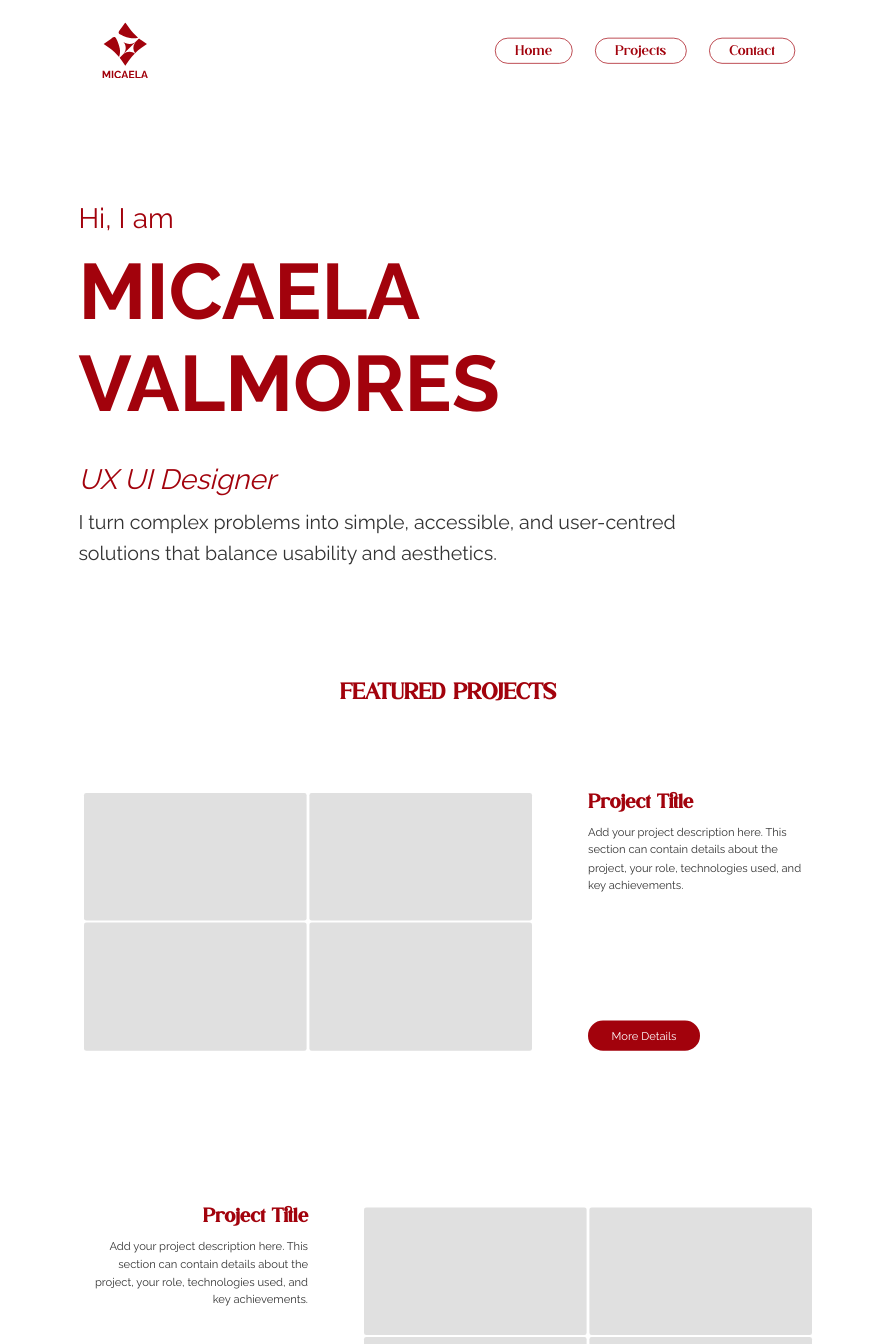
Repository: Micaelavalmores/Micaela-Portfolio
Page: /
The author's editor kept a copy of each file at every save. The page is drawn from the files as they stood at one save, then again after the next save.
The browser window is 1280 px wide. The pictures show the part of the page from y = 0 to 1920 px (the page is 2909 px tall before and 2863 px after), at 70% of full size.
The project was rebuilt for these pictures with package versions that can differ from the ones it lists, and the page was loaded fresh each time. The framework's server and built-in components were replaced by stand-ins that run in the browser. Also part of the build but not shown: next.config.mjs.

Above is the page before, as saved 2026-01-27 13:43:11.

### app/layout.js

import { Geist } from "next/font/google";
import { Raleway } from "next/font/google";
import "./globals.css";

const geistSans = Geist({
  variable: "--font-geist-sans",
  subsets: ["latin"],
});

const raleway = Raleway({
  variable: "--font-raleway",
  subsets: ["latin"],
});



export const metadata = {
  title: "Micaela Valmores",
  description: "Generated by create next app",
  icons: {
    icon: "/logos/micaela-logo.svg",
  },
};

export default function RootLayout({ children }) {
  return (
    <html lang="en">
      <body className={`${raleway.variable}`}>
        {children}
      </body>
    </html>
  );
}

### app/page.js
import Image from "next/image";
import styles from "./page.module.css";
import HomePage from "./home-page/page";

export default function Home() {
  return (
    <div className={styles.page}>
      <HomePage />
    </div>
  );
}

### app/globals.css
:root {
  --background: #ffffff;
  --foreground: #171717;
  --font-ghaista: 'Ghaista', var(--font-raleway);
}

@font-face {
  font-family: 'Ghaista';
  src: url('/fonts/Ghaitsa.ttf') format('truetype');
  font-weight: 400;
  font-style: normal;
  font-display: swap;
}

@media (prefers-color-scheme: dark) {
  :root {
    --background: #0a0a0a;
    --foreground: #ffffff;
  }
}

html,
body {
  max-width: 100vw;
  overflow-x: hidden;
}

body {
  color: var(--foreground);
  background: var(--background);
  font-family: var(--font-raleway);
  -webkit-font-smoothing: antialiased;
  -moz-osx-font-smoothing: grayscale;
}

* {
  box-sizing: border-box;
  padding: 0;
  margin: 0;
}

a {
  color: inherit;
  text-decoration: none;
}

@media (prefers-color-scheme: dark) {
  html {
    color-scheme: dark;
  }
}

/* Horizontal page margins */
body {
  margin-left: 10rem;
  margin-right: 10rem;
}

/* Tablet: screens between iPhone and iPad */
@media (min-width: 430px) and (max-width: 1024px) {
  body {
    margin-left: 4rem;
    margin-right: 4rem;
  }
}

/* iPad Pro 13in — reduce margins to 7rem */
@media (min-width: 1024px) and (max-width: 1366px) {
  body {
    margin-left: 7rem;
    margin-right: 7rem;
  }
}

/* Mobile horizontal margins: any width smaller than 430px */
@media (max-width: 430px) {
  body {
    margin-left: 3rem;
    margin-right: 3rem;
  }
}

### app/page.module.css
.page {
  --background: #ffffff;
  --foreground: #fff;

  --text-primary: #000;
  --text-secondary: #666;



  display: grid;
  grid-template-columns: 1fr;
  min-height: 100vh;
  font-family: var(--font-geist-sans);
  background-color: var(--background);
}

.Proj-sec {
  display: flex;
  flex-direction: column;
  align-items: center;
  gap: 2rem;
  padding: 2rem 0;
  background-color: #ffff;
  margin: 6rem 0;
  font-family: ghaista;
  color: #A2020C;
}

.intro-sec {
  display: flex;
  flex-direction: column;
  align-items: start;
  gap: 1rem;
  padding: 2rem 0;
  background-color: #ffff;
  margin: 7rem 0 0;
  /* border-bottom: solid 1px #A2020C; */
}

.intro-sec h1 {
  font-size: 7rem;
  font-weight: bold;
  margin: 0;
  font-family: raleway;
  color: #A2020C;
  max-width: 600px;
}

.intro-greet {
  font-size: 2.5rem;
  font-weight: 400;
  color: #A2020C;
  font-family: raleway;
}

.intro-sec p {
  font-size: 1.75rem;
  max-width: 900px;
  line-height: 1.6;
  color: #333;
  font-family: raleway;
}

.intro-occu {
  padding-top: 2rem;
  font-size: 2.5rem;
  font-weight: 400;
  font-style: italic;
  color: #A2020C;
  font-family: raleway;
}

.main {
  display: flex;
  min-height: 100vh;
  width: 100%;
  max-width: 800px;
  flex-direction: column;
  align-items: flex-start;
  justify-content: space-between;
  background-color: var(--foreground);
  padding: 120px 60px;
}

.intro {
  display: flex;
  flex-direction: column;
  align-items: flex-start;
  text-align: left;
  gap: 24px;
}

.intro h1 {
  max-width: 320px;
  font-size: 40px;
  line-height: 48px;
  letter-spacing: -2.4px;
  text-wrap: balance;
  color: var(--text-primary);
}

.intro p {
  max-width: 440px;
  font-size: 18px;
  line-height: 32px;
  text-wrap: balance;
  color: var(--text-secondary);
}

.intro a {
  font-weight: 500;
  color: var(--text-primary);
}

.ctas {
  display: flex;
  flex-direction: row;
  width: 100%;
  max-width: 440px;
  gap: 16px;
  font-size: 14px;
}

.ctas a {
  display: flex;
  justify-content: center;
  align-items: center;
  height: 40px;
  padding: 0 16px;
  border-radius: 128px;
  border: 1px solid transparent;
  transition: 0.2s;
  cursor: pointer;
  width: fit-content;
  font-weight: 500;
}

a.primary {
  background: var(--text-primary);
  color: var(--background);
  gap: 8px;
}

a.secondary {
  border-color: var(--button-secondary-border);
}

/* Enable hover only on non-touch devices */
@media (hover: hover) and (pointer: fine) {
  a.primary:hover {
    background: var(--button-primary-hover);
    border-color: transparent;
  }

  a.secondary:hover {
    background: var(--button-secondary-hover);
    border-color: transparent;
  }
}

@media (max-width: 600px) {
  .main {
    padding: 48px 24px;
  }

  .intro {
    gap: 16px;
  }

  .intro h1 {
    font-size: 32px;
    line-height: 40px;
    letter-spacing: -1.92px;
  }
}

@media (prefers-color-scheme: dark) {
  .logo {
    filter: invert();
  }

  .page {
    --background: #000;
    --foreground: #000;

    --text-primary: #ededed;
    --text-secondary: #999;

    --button-primary-hover: #ccc;
    --button-secondary-hover: #1a1a1a;
    --button-secondary-border: #1a1a1a;
  }
}

### app/home-page/page.js
import Link from 'next/link'
import styles from '../page.module.css'
import FtProj from '../components/FtProj'
import Navbar from '../components/Navbar'

export default function HomePage() {
  return (
    <main className={styles.page}>
      <nav className='Nav-bar'>
        </nav>
      <Navbar />
      <div className={styles['intro-sec']}>
        <span className={styles['intro-greet']}>Hi, I am</span>
        <h1>MICAELA VALMORES</h1>
        <span className={styles['intro-occu']}>UX UI Designer</span>
        <p>I turn complex problems into simple, accessible, and user-centred solutions that balance usability and aesthetics.</p>
      </div>
      <div className={styles['Proj-sec']}>
        <h1>FEATURED PROJECTS</h1>
        <FtProj reversed={false}/>
        <FtProj reversed={true} />
        <FtProj reversed={false}/>
      </div>
    </main>
  )
}

### app/components/FtProj.js
'use client';

import styles from './FtProj.module.css';

/*
  HOW TO USE:
  The FtProj component has two layout states controlled by the reversed prop:
  1. Default (reversed={false}): Images on left, text on right (left-justified)
  2. Reversed (reversed={true}): Text on left (right-justified), images on right

  Layout changes can only be controlled in the backend by passing the reversed prop.
  Users cannot change the layout.

  Usage examples:
  <FtProj /> - Standard layout
  <FtProj reversed={true} /> - Reversed layout
*/

export default function FtProj({ reversed = false }) {
  return (
    <div className={`${styles.container} ${reversed ? styles.reversed : ''}`}>
      {/* Left Column - Text (if reversed) / Images (if standard) */}
      {!reversed ? (
        // Standard: Images on left
        <div className={styles.imagesColumn}>
          <div className={styles.imagePlaceholder}></div>
          <div className={styles.imagePlaceholder}></div>
          <div className={styles.imagePlaceholder}></div>
          <div className={styles.imagePlaceholder}></div>
        </div>
      ) : (
        // Reversed: Text on left
        <div className={styles.textColumn}>
          <div className={styles.textContent}>
            <h2>Project Title</h2>
            <p>Add your project description here. This section can contain details about the project, your role, technologies used, and key achievements.</p>
          </div>
          <button className={styles.projectButton}>More Details</button>
        </div>
      )}

      {/* Right Column - Text (if standard) / Images (if reversed) */}
      {!reversed ? (
        // Standard: Text on right
        <div className={styles.textColumn}>
          <div className={styles.textContent}>
            <h2>Project Title</h2>
            <p>Add your project description here. This section can contain details about the project, your role, technologies used, and key achievements.</p>
          </div>
          <button className={styles.projectButton}>More Details</button>
        </div>
      ) : (
        // Reversed: Images on right
        <div className={styles.imagesColumn}>
          <div className={styles.imagePlaceholder}></div>
          <div className={styles.imagePlaceholder}></div>
          <div className={styles.imagePlaceholder}></div>
          <div className={styles.imagePlaceholder}></div>
        </div>
      )}
    </div>
  );
}

### app/components/Navbar.js
import Link from "next/link";
import Image from "next/image";
import styles from "./Navbar.module.css";

export default function Navbar() {
  return (
    <nav className={styles.navbar}>
      <Link href="/" className={styles.logoContainer}>
        <Image
          src="/logos/logo-name.svg"
          alt="Micaela Valmores"
            width={70}
          height={80}
          priority
        />
      </Link>

      <ul className={styles.navLinks}>
        <li>
          <Link href="/">Home</Link>
        </li>
        <li>
          <Link href="/projects-page">Projects</Link>
        </li>
        <li>
          <Link href="/contact">Contact</Link>
        </li>
      </ul>
    </nav>
  );
}

### app/components/FtProj.module.css
.container {
  width: 65rem;
  height: 25rem;
  display: grid;
  grid-template-columns: 1fr 1fr;
  gap: 5rem;
  padding: 1rem 0;
  margin: 5rem 0;
}

.container.reversed {
  grid-template-columns: 1fr 1fr;
}

.reversed .textContent {
  text-align: right;
}

.reversed .textColumn {
  text-align: right;
}

.reversed .projectButton {
  justify-self: end;
}

.imagesColumn {
  display: grid;
  grid-template-columns: 1fr 1fr;
  gap: 0.2rem;
  width: 40rem;
}

.imagePlaceholder {
  width: 100%;
  height: 100%;
  background-color: #e0e0e0;
  border-radius: 0.2rem;
}

.textColumn {
  display: grid;
  grid-template-rows: 1fr auto;
  gap: 2rem;
}

.textContent {
  display: flex;
  flex-direction: column;
}

.textColumn h2 {
  margin: 0 0 1rem 0;
  font-size: 1.75rem;
  font-family: ghaista;
}

.textColumn p {
  margin: 0;
  line-height: 1.6;
  color: #333;
  font-size: 1rem;
  font-family: raleway;
}

.projectButton {
  align-self: start;
  width: 10rem;
  padding: 0.75rem 1.5rem;
  background-color: #A2020C;
  color: #fff;
  border: none;
  border-radius: 5rem;
  font-size: 1rem;
  cursor: pointer;
  font-family: raleway;
}

.projectButton:hover {
  background-color: #b62d36;
}

### app/components/Navbar.module.css
.navbar {
  display: flex;
  justify-content: space-between;
  width: 100%;
  align-items: center;
  padding: 2rem 2rem;
  background-color: #ffffff;
  position: sticky;
  top: 0;
  z-index: 1000;
}

.logoContainer {
  display: flex;
  justify-self: start;
}

.logoContainer:hover {
  opacity: 0.8;
}

.navLinks {
  display: flex;
  gap: 2rem;
  list-style: none;
  margin: 0;
  padding: 0;
  align-items: center;
}

.navLinks li {
  margin: 0;
}

.navLinks a {
  text-decoration: none;
  color: #A2020C;
  font-size: 1.25rem;
  font-weight: 500;
  transition: color 0.3s ease;
  position: relative;
  border: solid 1px #A2020C;
  border-radius: 3rem;
  padding: 0.50rem 1.75rem;
  font-family: ghaista;
}

.navLinks a:hover {
  color: #0070f3;
}



.navLinks a:hover::after {
  width: 100%;
}

/* Responsive design */
/* @media (max-width: 768px) {
  .navbar {
    padding: 1rem 1.5rem;
  }

  .navLinks {
    gap: 1.5rem;
  }

  .navLinks a {
    font-size: 0.9rem;
  }
} */

/* @media (max-width: 480px) {
  .navbar {
    padding: 0.75rem 1rem;
  }

  .navLinks {
    gap: 1rem;
  }

  .navLinks a {
    font-size: 0.85rem;
  }
} */

After the next save:
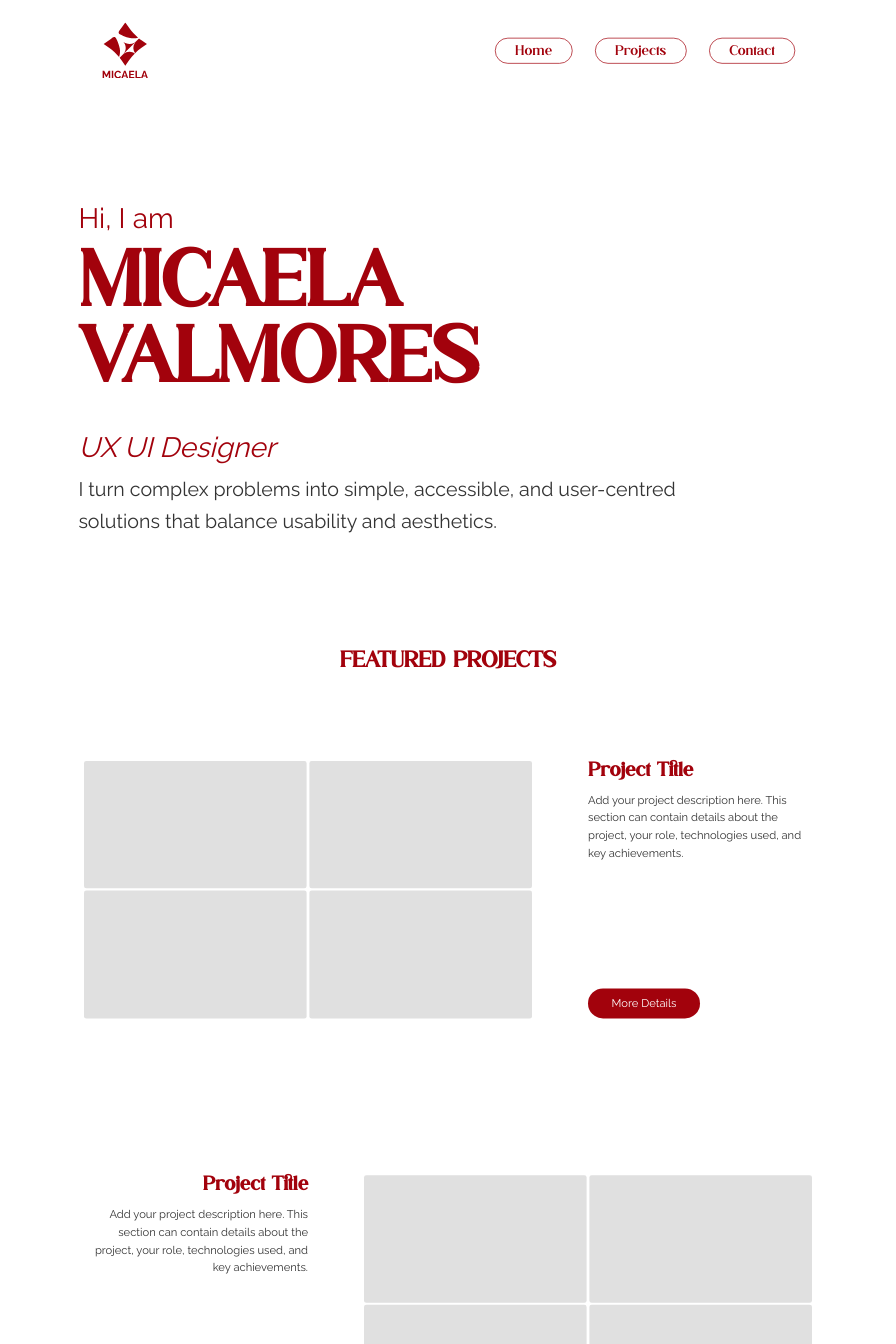
Saved 11 s later.
--- a/app/page.module.css
+++ b/app/page.module.css
@@ -41,7 +41,7 @@
   font-size: 7rem;
   font-weight: bold;
   margin: 0;
-  font-family: raleway;
+  font-family: ghaista;
   color: #A2020C;
   max-width: 600px;
 }
